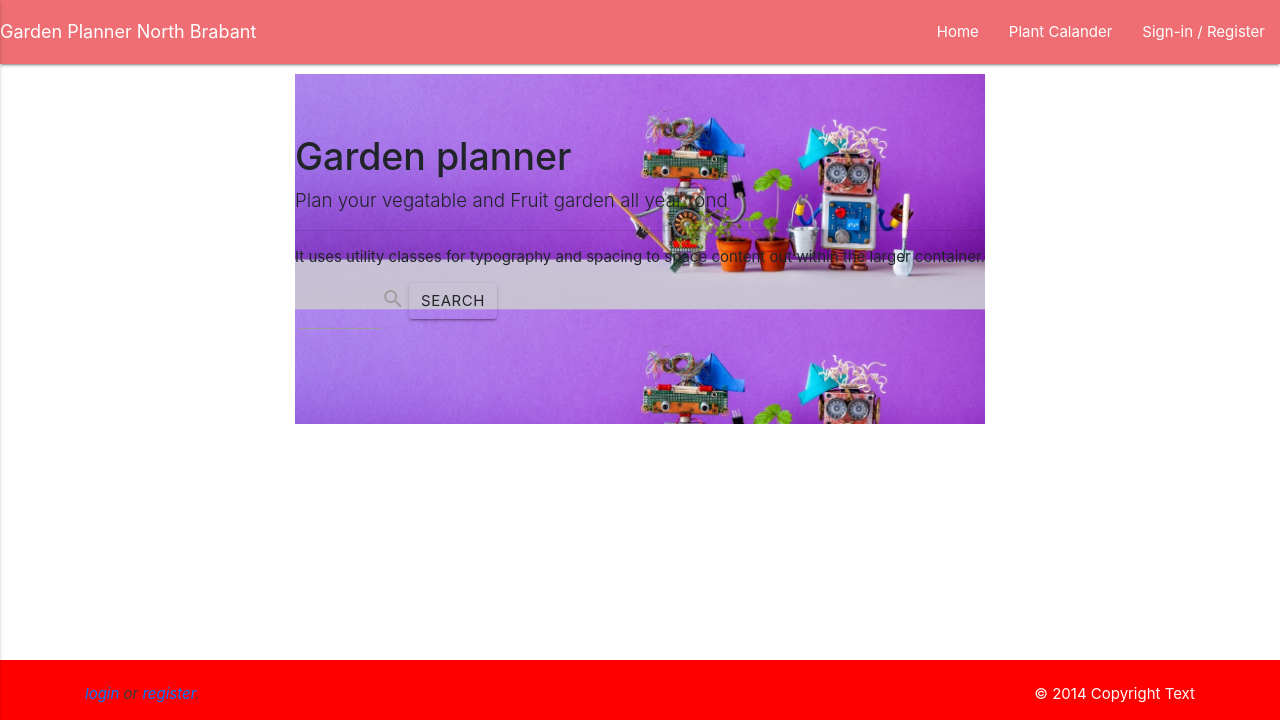
Repository: Lemoenskil/Milestone_project_3_Garden_planner
Page: http://localhost/
The author's editor kept a record of every edit. The page is drawn from the files as they stood at one moment, then again after the next edit.
The browser window is 1280 px wide. The pictures show the whole page.
Some web libraries are served in a nearby version. The page is served by the project's application, run on Flask 3 (app.py). Queries for data that is not in the repository find no rows.

Above is the page before.
Console error: TypeError: $(...).floatingActionButton is not a function

After the next edit:
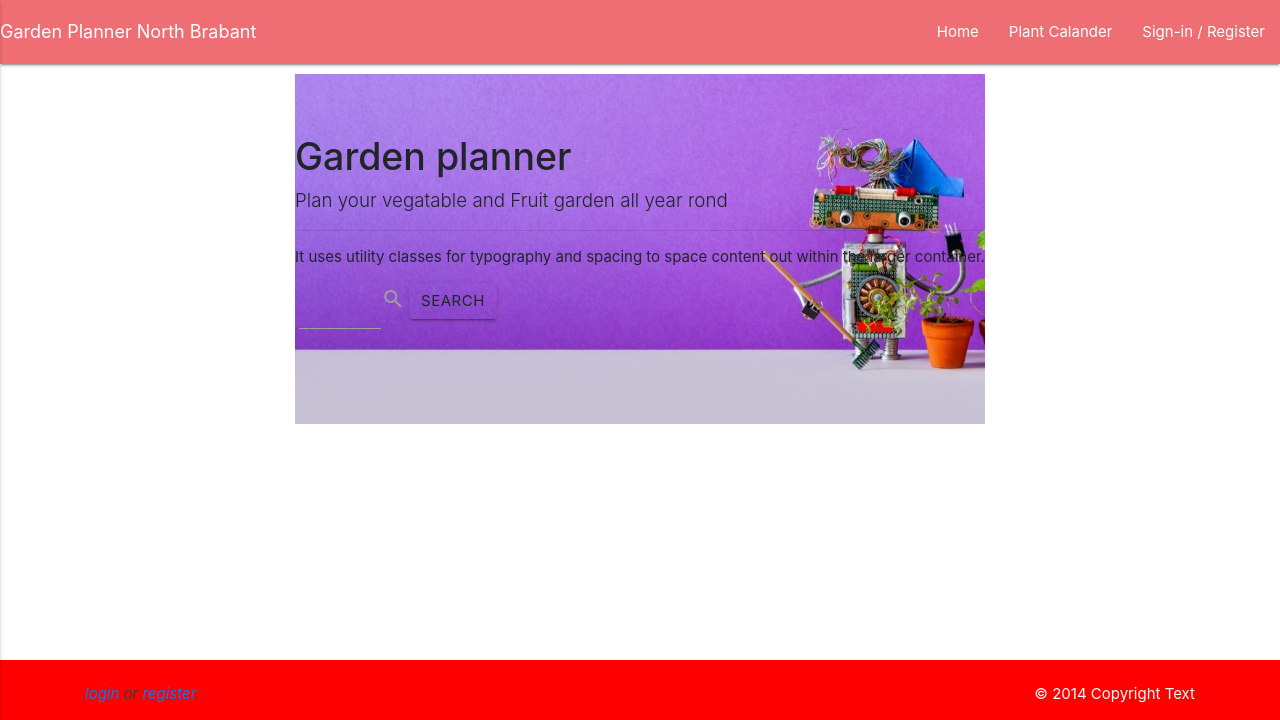
The edit:
--- a/static/css/style.css
+++ b/static/css/style.css
@@ -9,10 +9,8 @@
 .jumbotron {
   background-image:url("/static/images/gardeners.gif");
   background-size: cover;
-  background-size: 100%;
   margin-top: 10px;
-  position:relative;
-      height: 350px;
+
 }
 
 
